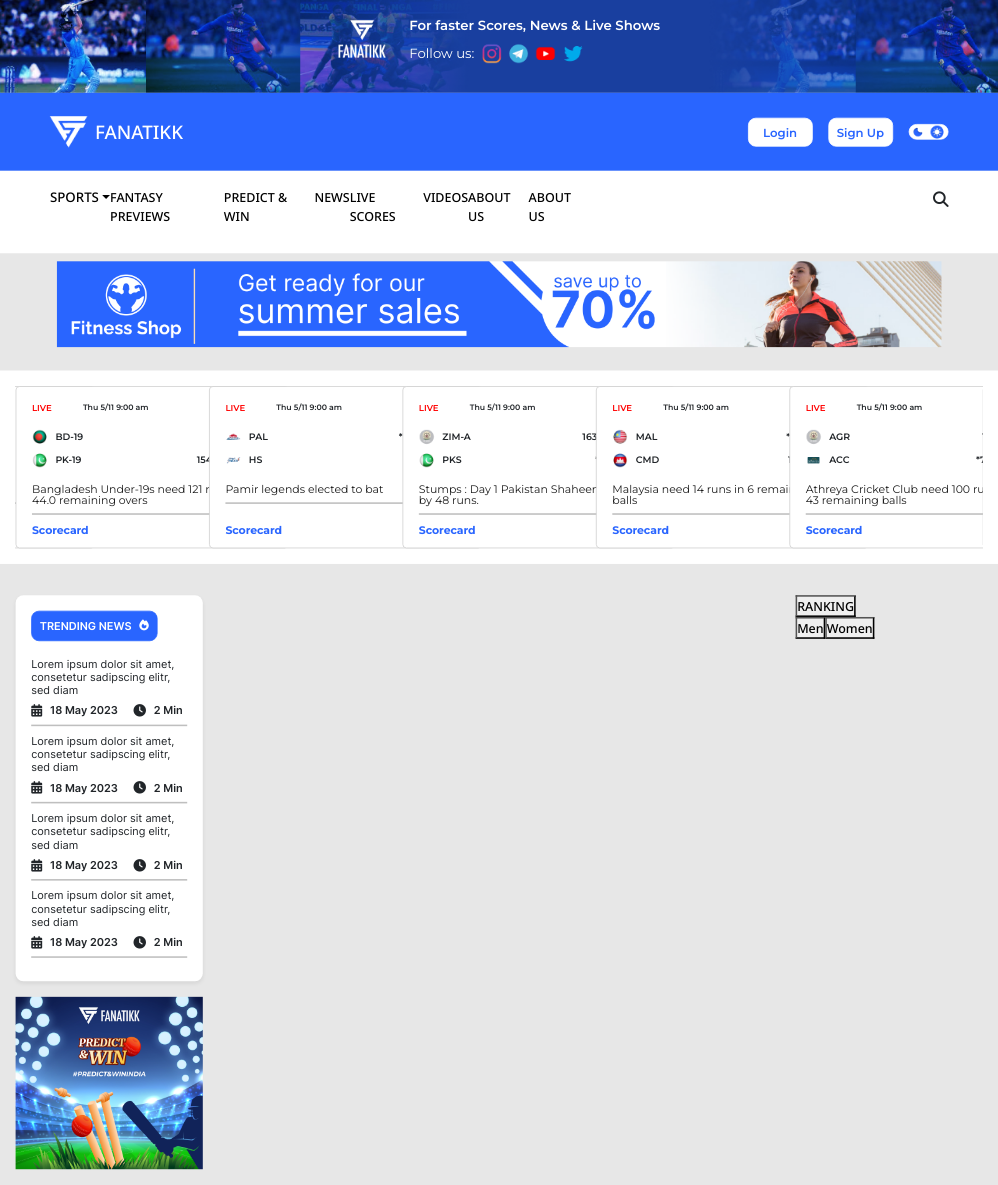
Repository: FlyweisReact/Kannapa
Page: /
The author's editor kept a copy of each file at every save. The page is drawn from the files as they stood at one save, then again after the next save.
The browser window is 1280 px wide. The pictures show the whole page, at 78% of full size.
Some web libraries are served in a nearby version. The project was rebuilt for these pictures with package versions that can differ from the ones it lists, and the page was loaded fresh each time. Also part of the build but not shown: src/Components/Layout/Footer.js, src/Components/Sliders/Index-video-Slider.js, src/Components/firstScreen.jsx, src/Components/secondScreen.jsx, src/Components/thirdScreen.jsx, src/Components/fourthScreen.jsx, src/CSS/Footer.css.

Above is the page before, as saved 2023-06-03 14:30:31.

### public/index.html
<!DOCTYPE html>
<html lang="en">
  <head>
    <meta charset="utf-8" />
    <link rel="icon" href="%PUBLIC_URL%/favicon.ico" />
    <meta name="viewport" content="width=device-width, initial-scale=1" />
    <meta name="theme-color" content="#000000" />
    <meta
      name="description"
      content="Web site created using create-react-app"
    />
    <link rel="apple-touch-icon" href="%PUBLIC_URL%/logo192.png" />

    <link rel="manifest" href="%PUBLIC_URL%/manifest.json" />
    <link href="https://fonts.googleapis.com/css2?family=Roboto+Mono:ital,wght@1,300&display=swap" rel="stylesheet">
    <title>React App</title>
  </head>
  <body>
    <noscript>You need to enable JavaScript to run this app.</noscript>
    <div id="root"></div>
    <script src="https://code.jquery.com/jquery-3.6.0.min.js"></script>
    <script src="https://kit.fontawesome.com/b533b351e4.js" crossorigin="anonymous"></script>
  </body>
</html>

### src/CSS/Navbar.css
/**
 * === navbar styling ====
 *
 * @format
 */
.Stick-navbar{
    height: 100%;
    transition: box-shadow 0.3s ease;
    height: 100px;
}
.Navbar {
  display: flex;
  justify-content: space-between;
  background: #2965ff;
  padding: 20px;
  width: 100%;
  gap: 20px;
  position: fixed !important;
  top: 0;
  z-index: 999;
  transition: box-shadow 0.3s ease;
  align-items: center;
}

.Navbar .Left_Container {
  width: 30%;
}
.Navbar .Left_Container .Logo_Div {
  display: flex;
  gap: 10px;
  justify-content: center;
  align-items: center;
}
.Navbar .Left_Container .Logo_Div p {
  color: #fff;
  font-size: var(--mediumFont);
  margin: 0;
}
.Navbar .Left_Container .Logo_Div img {
  width: 47.73px;
  height: 40px;
}

.Navbar .Right_Container {
  width: 70%;
  display: flex;
  justify-content: center;
  gap: 40px;
}
.Navbar .Right_Container .Item {
  display: flex;
  justify-content: baseline;
}

.Navbar .Right_Container .Item p {
  font-size: 16px;
  cursor: pointer;
  color: #ffffff;
  padding-top: 2px;
}

.Navbar .Right_Container .Item .DropDown {
  border: none;
  color: #fff;
  font-size: 17px;
  cursor: pointer;
  color: #ffffff;
  margin: 0;
  padding: 0;
}
.Navbar .Right_Container .Item .fa-magnifying-glass {
  color: #fff;
  font-size: 18px;
  cursor: pointer;
  padding-top: 7px;
}
.Navbar .Right_Container .Item .Toggle{
  width: 51.43px;
  height: 19.03px;
  display: flex;
  justify-content: space-between;
  align-items: center;
  padding-left: 5px;
  padding-right: 5px;
  border-radius: 10px;
  background-color: #fff;
  border: 1px solid #fff;
  cursor: pointer;
  align-items: center;
  margin-top: 8px;
}


/* Header 2 */
.Header1 {
  background-image: url("../../public/Images/22.png");
  color: #ffffff;
  width: 100%;
  background-repeat: no-repeat;
  background-size: cover;
  height: 119px;
  padding: 20px;
}
.Header1 .Main {
  display: flex;
  align-items: center;
  justify-content: center;
  gap: 30px;
}
.Header1 .Main p {
  margin: 0;
}
.Header1 .Main .Head {
  font-family: MontserratNormal;
  font-weight: 600;
  font-size: 17px;
  color: #ffffff;
}

.Header1 .Main .Two {
  display: flex;
  gap: 10px;
  margin-top: 10px;
  align-items: center;
}
.Header1 .Main .Two p {
  font-family: MontserratNormal;
  font-style: normal;
  font-weight: 400;
  font-size: 17px;
  line-height: 17px;
  color: #ffffff;
}
.Header1 .Main .Social {
  display: flex;
  gap: 10px;
  align-items: center;
}

/* Fading Navbar */

.Fading_Nav {
  display: flex;
  justify-content: space-between;
  background: #2965ff;
  padding: 30px;
  width: 100%;
  gap: 20px;
  align-items: center;
  padding-left: 5%;
  padding-right: 5%;
}

.Fading_Nav .Left_Container {
  width: 30%;
}
.Fading_Nav .Left_Container .Logo_Div {
  display: flex;
  gap: 10px;
  justify-content: flex-start;
  align-items: center;
}
.Fading_Nav .Left_Container .Logo_Div p {
  color: #fff;
  font-size: var(--mediumFont);
  margin: 0;
}
.Fading_Nav .Left_Container .Logo_Div img {
  width: 47.73px;
  height: 40px;
}

.Fading_Nav .Right_Container {
  width: 70%;
  display: flex;
  justify-content: flex-end;
  gap: 20px;
  align-items: center;
}
.Fading_Nav .Right_Container button {
  font-family: MontserratNormal;
  font-style: normal;
  font-weight: 600;
  width: 83px;
  height: 37px;
  border-radius: 10px;
  font-size: 15px;
  line-height: 19px;
  color: #2965ff;
  background-color: #fff;
  border: 1px solid #fff;
  cursor: pointer;
}
.Fading_Nav .Right_Container .Toggle {
  width: 51.43px;
  height: 19.03px;
  display: flex;
  justify-content: space-between;
  align-items: center;
  padding-left: 5px;
  padding-right: 5px;
}


/* Fading Category */
.Fading_Category{
    display: flex;
    justify-content: space-between;
    padding: 20px;
    background-color: #fff;
    padding-left: 5%;
    padding-right: 5%;
}
.Fading_Category .Left_Container {
    display: flex;
    justify-content: space-between;
    width: 60%;
}

.Fading_Category .Left_Container .Item {
    display: flex;
    justify-content: baseline;
  }

  .Fading_Category .Left_Container .Item p {
    font-size: 16px;
    cursor: pointer;
    color: #000;
    padding-top: 2px;
  }

  .Fading_Category .Left_Container .Item .DropDown {
    border: none;
    font-size: 17px;
    cursor: pointer;
    color: #000;
    margin: 0;
    padding: 0;
    border: none;
  }

.Fading_Category .Right_Container i{
    font-size: 20px;
    padding-top: 7px;
}


/* Fading Effect */
.HomePage{
    min-height: 200vh;
}
.fade-out{
    opacity: 0;
    transition: opacity 0.5s;
    height: 0;
    overflow: hidden;
}
.fade-in{
    opacity: 1;
    transition: opacity 0.5s;
    height: auto;
    overflow: hidden;
    width: 100%;
}

### src/CSS/Component.css
/** @format */

/* Fading Header */

/* Home Screen */
.Index_Center_Banner {
  width: 100%;
  padding: 10px;
}

.Index_Center_Banner img {
  width: 90%;
  display: block;
  margin: auto;
}

.Index_Center_GIF {
  width: 100%;
  padding: 10px;
}

.Index_Center_GIF img {
  width: 90%;
  display: block;
  margin: auto;
  height: 500px;
}

.Index_Center_Desc {
  display: flex;
  width: 90%;
  padding: 10px;
  margin: auto;
}

.Index_Center_Desc .Main_Comp {
  text-align: left;
}
.Index_Center_Desc .Main_Comp .head {
  font-size: 36px;
  color: #1d1d1d;
  text-shadow: 0px 1px 1px rgba(37, 37, 37, 0.5);
  margin: 0;
}

.Index_Center_Desc .Main_Comp .Two_Sec {
  display: flex;
  gap: 10px;
  align-items: flex-start;
}
.Index_Center_Desc .Main_Comp .Two_Sec img {
  height: 20px;
  margin-top: 4px;
}

.Index_Center_Desc .Main_Comp .Two_Sec p {
  color: rgba(29, 29, 29, 0.6);
  text-shadow: 0px 1px 1px rgba(37, 37, 37, 0.5);
  font-style: italic;
}

.Index_Center_Desc .Main_Comp .desc p {
  font-size: 16px;
  line-height: 24px;
  align-items: center;
  color: rgba(29, 29, 29, 0.6);
  max-width: 60%;
  font-style: italic;
  margin: 0;
}
.first5 p u {
  color: #333;
}

.Index_Logo_Div {
  display: flex;
  justify-content: space-between;
  align-items: center;
  width: 90%;
  margin: auto;
  padding-top: 10px;
  padding-bottom: 10px;
}
.Index_Logo_Div .Left_Comp {
  display: flex;
  gap: 10px;
  align-items: center;
}
.Index_Logo_Div .Right_Comp img {
  cursor: pointer;
}

.Index_Video_Slider {
  width: 90%;
  display: block;
  margin: auto;
  padding-top: 10px;
  padding-bottom: 10px;
}

.Video_Slider {
  width: 100%;
  /* padding: 20px; */
  display: block;
  margin: auto;
}
.Video_Slider .Main_Item {
  background: #ffffff;
  border: 1px solid #1d1d1d;
  border-radius: 10px;
  height: 400px;
}
.Video_Slider .Main_Item img {
  width: 100%;
  border-radius: 10px 10px 0px 0px;
}
.Video_Slider .Main_Item p {
  padding: 10px;
  font-family: Montserrat;
  font-size: 15px;
  line-height: 18px;
  color: #1d1d1d;
}
.Video_Slider .Main_Item:focus {
  outline: none;
}

.Index_Center_Button {
  width: 90%;
  display: block;
  margin: auto;
  padding-top: 10px;
  padding-bottom: 10px;
  margin-top: 2%;
  position: relative;
}
.Index_Center_Button button {
  font-family: Montserrat;
  font-size: 16px;
  line-height: 20px;
  text-transform: uppercase;
  width: 256px;
  color: #ffffff;
  background: #2965ff;
  border: 1px solid #2965ff;
  border-radius: 25px;
  padding: 10px;
  display: block;
  margin: auto;
}

.Index_Center_Button .empty {
  height: 4px !important;
  position: absolute;
  top: 50%;
  left: 50%;
  transform: translate(-50%, -50%);
  z-index: -1;
  background-color: #2965ff;
  width: 100%;
}

.Index_Three_Cont {
  width: 90%;
  display: grid;
  grid-template-columns: auto auto auto;
  gap: 20px;
  margin: auto;
  padding-top: 20px;
}
.Index_Three_Cont .Main_Component .head {
  font-family: Montserrat;
  font-style: normal;
  font-weight: 700;
  font-size: 22.3418px;
  line-height: 30px;
  color: #1d1d1d;
}
.Index_Three_Cont .Main_Component img {
  width: 100%;
}
.Index_Three_Cont .Main_Component .desc {
  font-family: Montserrat;
  font-style: normal;
  font-weight: 300;
  font-size: 15.9584px;
  line-height: 40px;
}

/* Score_Card_Slider */
.ScoreCard_Slider {
  background-color: #ffffff;
  padding: 20px;
  margin-top: 20px;
  margin-bottom: 20px;
}
.ScoreCard_Slider .Main_Item {
  border: 1px solid #cfcfcf;
  background-color: #fff;
  border-radius: 5px;
  padding: 20px;
  width: 350px !important;
  height: 208px !important;
  position: relative;
}
.ScoreCard_Slider .Main_Item .two_Sec {
  display: flex;
  gap: 40px;
  align-items: center;
  margin-bottom: 20px;
}
.ScoreCard_Slider .Main_Item .two_Sec p {
  margin: 0;
  font-family: MontserratNormal;
  font-style: normal;
  font-weight: 600;
  font-size: 10px;
  line-height: 14px;
}
.ScoreCard_Slider .Main_Item .two_Sec .first {
  margin: 0;
  font-family: MontserratNormal;
  font-style: normal;
  font-weight: 600;
  font-size: 11px;
  line-height: 14px;
  color: #ff0000;
}
.ScoreCard_Slider .slick-next:before {
  display: none !important;
}

.ScoreCard_Slider .Main_Item .Flags_Div {
  display: flex;
  justify-content: space-between;
  align-items: center;
  gap: 10px;
  margin-top: 10px;
}

.ScoreCard_Slider .Main_Item .Flags_Div div {
  display: flex;
  gap: 10px;
  align-items: center;
}
.ScoreCard_Slider .Main_Item .Flags_Div div p {
  margin: 0;
  font-family: MontserratNormal;
  font-style: normal;
  font-weight: 600;
  font-size: 12px;
  line-height: 17px;
}
.ScoreCard_Slider .Main_Item .desc {
  color: #1d1d1d;
  font-family: MontserratNormal;
  font-style: normal;
  font-weight: 400;
  font-size: 14px;
  line-height: 14px;
  width: 90%;
  margin: 0;
  margin-top: 20px;
}
.ScoreCard_Slider .Main_Item .empty {
  background-color: #bfbfbf;
  width: 100%;
  height: 2px;
  margin-top: 10px;
}
.ScoreCard_Slider .Main_Item .Scorecard {
  font-family: MontserratNormal;
  font-style: normal;
  font-weight: 700;
  font-size: 14px;
  line-height: 14px;
  position: absolute;
  letter-spacing: -0.11px;
  color: #2965ff;
  bottom: 0;
}

/* Index_Three_Sec_Layout */
.Index_Three_Sec_Layout {
  width: 100%;
  padding: 20px;
  display: flex;
  gap: 20px;
}
.Index_Three_Sec_Layout .left_Comp {
  width: 20%;
}
.Index_Three_Sec_Layout .Mid_Comp {
  width: 60%;
}
.Index_Three_Sec_Layout .Right_Comp {
  width: 20%;
}

.Index_Three_Sec_Layout .left_Comp .Trading_News {
  background-color: #fff;
  padding: 20px;
  box-shadow: 0px 3px 6px rgba(0, 0, 0, 0.08);
border-radius: 10px;
}
.Index_Three_Sec_Layout .left_Comp .Trading_News button {
  background-color: #2965ff;
  color: #fff;
  border: 1px solid #2965ff;
  text-transform: uppercase;
  border-radius: 10px;
  font-style: normal;
  font-weight: 600;
  font-size: 14px;
  line-height: 17px;
  font-family: Inter;
  padding: 10px;
  display: flex;
  gap: 10px;
  align-items: center;
  margin-bottom: 20px;
}

.Index_Three_Sec_Layout .left_Comp .Trading_News .desc{
  margin-top: 10px;
}
.Index_Three_Sec_Layout .left_Comp .Trading_News .desc .head{
  font-family: Inter;
  font-style: normal;
  font-weight: 400;
  font-size: 14px;
  line-height: 17px;
margin: 0;
}


.Index_Three_Sec_Layout .left_Comp .Trading_News .desc .two_sec{
  display: flex;
  align-items: center;
  gap: 20px;
  margin-top: 10px;
}
.Index_Three_Sec_Layout .left_Comp .Trading_News .desc .two_sec div{
  display: flex;
  align-items: center;
  gap: 10px;
}
.Index_Three_Sec_Layout .left_Comp .Trading_News .desc .two_sec div p{
margin: 0;
font-family: Inter;
font-style: normal;
font-weight: 600;
font-size: 14px;
line-height: 8px;
}
.Index_Three_Sec_Layout .left_Comp .Trading_News .desc .empty{
  width: 100%;
  height: 2px;
  background-color: #BFBFBF;
  margin-top: 10px;
  margin-bottom: 10px;
}
.Index_Three_Sec_Layout .left_Comp  .BigImage {
   width: 100%;
   padding-top: 20px;
}
.Index_Three_Sec_Layout .left_Comp  .BigImage  img{
  width: 100%;
  display: block;
  margin: auto;
}


.Index_Three_Sec_Layout .Right_Comp {
  background-color: ;
}

Loaded but not shown: src/App.css (common file); src/Components/Sliders/ScoreCard.js (443 lines, source omitted); src/Pages/HomeScreen.js (152 lines, source omitted); src/Components/Layout/Navbar.js (71 lines, source omitted); src/Components/Layout/FadingNav/FadingCategory.js (57 lines, source omitted); src/App.js (32 lines, source omitted); src/Components/Layout/FadingNav/FadingNav.js (27 lines, source omitted); src/Components/Layout/FadingNav/Header1.js (32 lines, source omitted); src/index.js (17 lines, source omitted); src/index.css (634 lines, source omitted)

After the next save:
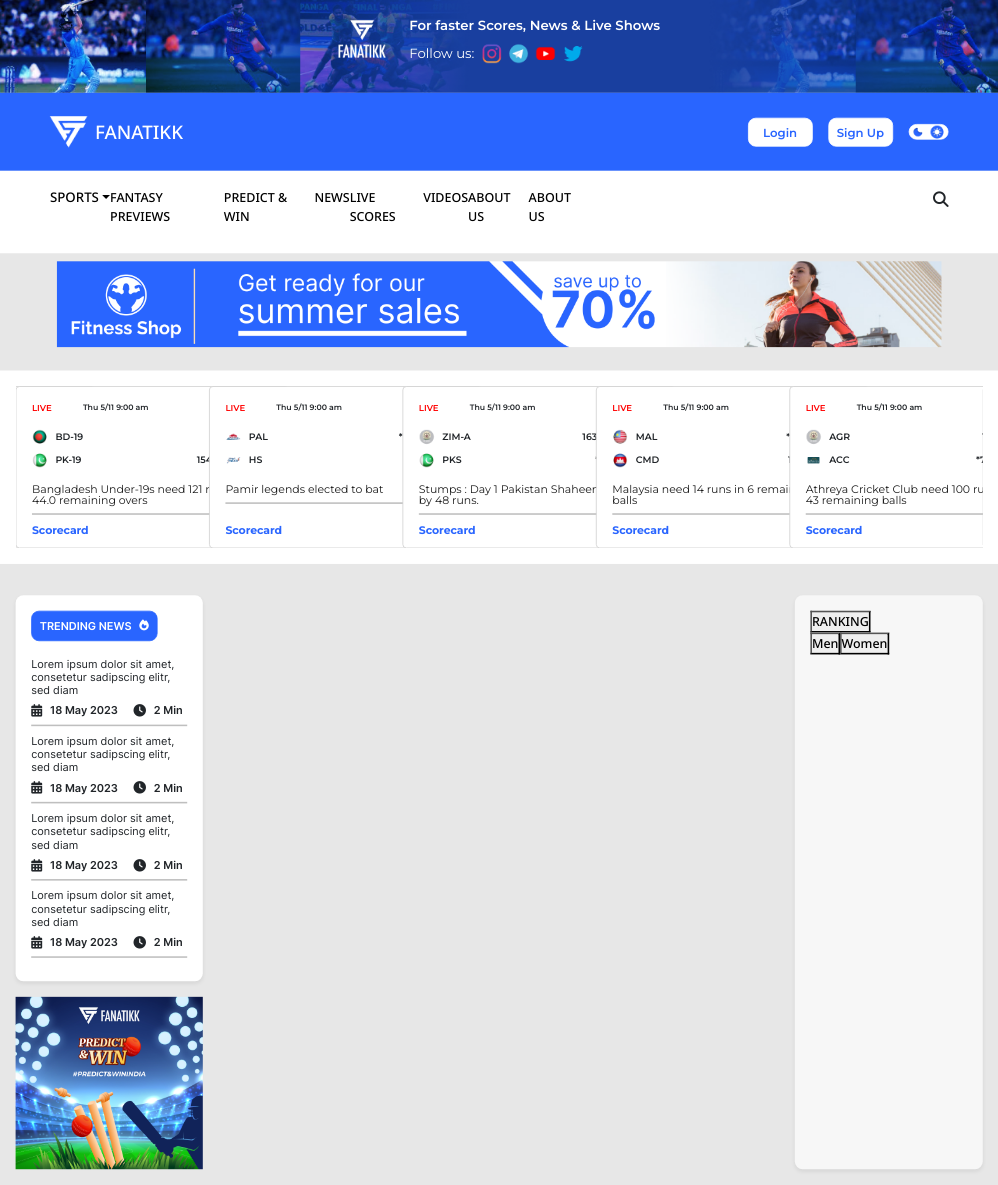
Saved 27 s later.
--- a/src/CSS/Component.css
+++ b/src/CSS/Component.css
@@ -301,7 +301,7 @@
   background-color: #fff;
   padding: 20px;
   box-shadow: 0px 3px 6px rgba(0, 0, 0, 0.08);
-border-radius: 10px;
+  border-radius: 10px;
 }
 .Index_Three_Sec_Layout .left_Comp .Trading_News button {
   background-color: #2965ff;
@@ -321,56 +321,57 @@ border-radius: 10px;
   margin-bottom: 20px;
 }
 
-.Index_Three_Sec_Layout .left_Comp .Trading_News .desc{
-  margin-top: 10px;
-}
-.Index_Three_Sec_Layout .left_Comp .Trading_News .desc .head{
+.Index_Three_Sec_Layout .left_Comp .Trading_News .desc {
+  margin-top: 10px;
+}
+.Index_Three_Sec_Layout .left_Comp .Trading_News .desc .head {
   font-family: Inter;
   font-style: normal;
   font-weight: 400;
   font-size: 14px;
   line-height: 17px;
-margin: 0;
-}
-
-
-.Index_Three_Sec_Layout .left_Comp .Trading_News .desc .two_sec{
+  margin: 0;
+}
+
+.Index_Three_Sec_Layout .left_Comp .Trading_News .desc .two_sec {
   display: flex;
   align-items: center;
   gap: 20px;
   margin-top: 10px;
 }
-.Index_Three_Sec_Layout .left_Comp .Trading_News .desc .two_sec div{
-  display: flex;
-  align-items: center;
-  gap: 10px;
-}
-.Index_Three_Sec_Layout .left_Comp .Trading_News .desc .two_sec div p{
-margin: 0;
-font-family: Inter;
-font-style: normal;
-font-weight: 600;
-font-size: 14px;
-line-height: 8px;
-}
-.Index_Three_Sec_Layout .left_Comp .Trading_News .desc .empty{
+.Index_Three_Sec_Layout .left_Comp .Trading_News .desc .two_sec div {
+  display: flex;
+  align-items: center;
+  gap: 10px;
+}
+.Index_Three_Sec_Layout .left_Comp .Trading_News .desc .two_sec div p {
+  margin: 0;
+  font-family: Inter;
+  font-style: normal;
+  font-weight: 600;
+  font-size: 14px;
+  line-height: 8px;
+}
+.Index_Three_Sec_Layout .left_Comp .Trading_News .desc .empty {
   width: 100%;
   height: 2px;
-  background-color: #BFBFBF;
+  background-color: #bfbfbf;
   margin-top: 10px;
   margin-bottom: 10px;
 }
-.Index_Three_Sec_Layout .left_Comp  .BigImage {
-   width: 100%;
-   padding-top: 20px;
-}
-.Index_Three_Sec_Layout .left_Comp  .BigImage  img{
-  width: 100%;
-  display: block;
-  margin: auto;
-}
-
+.Index_Three_Sec_Layout .left_Comp .BigImage {
+  width: 100%;
+  padding-top: 20px;
+}
+.Index_Three_Sec_Layout .left_Comp .BigImage img {
+  width: 100%;
+  display: block;
+  margin: auto;
+}
 
 .Index_Three_Sec_Layout .Right_Comp {
-  background-color: ;
-}
+  background: #f7f7f7;
+  box-shadow: 0px 3px 6px rgba(0, 0, 0, 0.08);
+  border-radius: 10px;
+  padding: 20px;
+}
